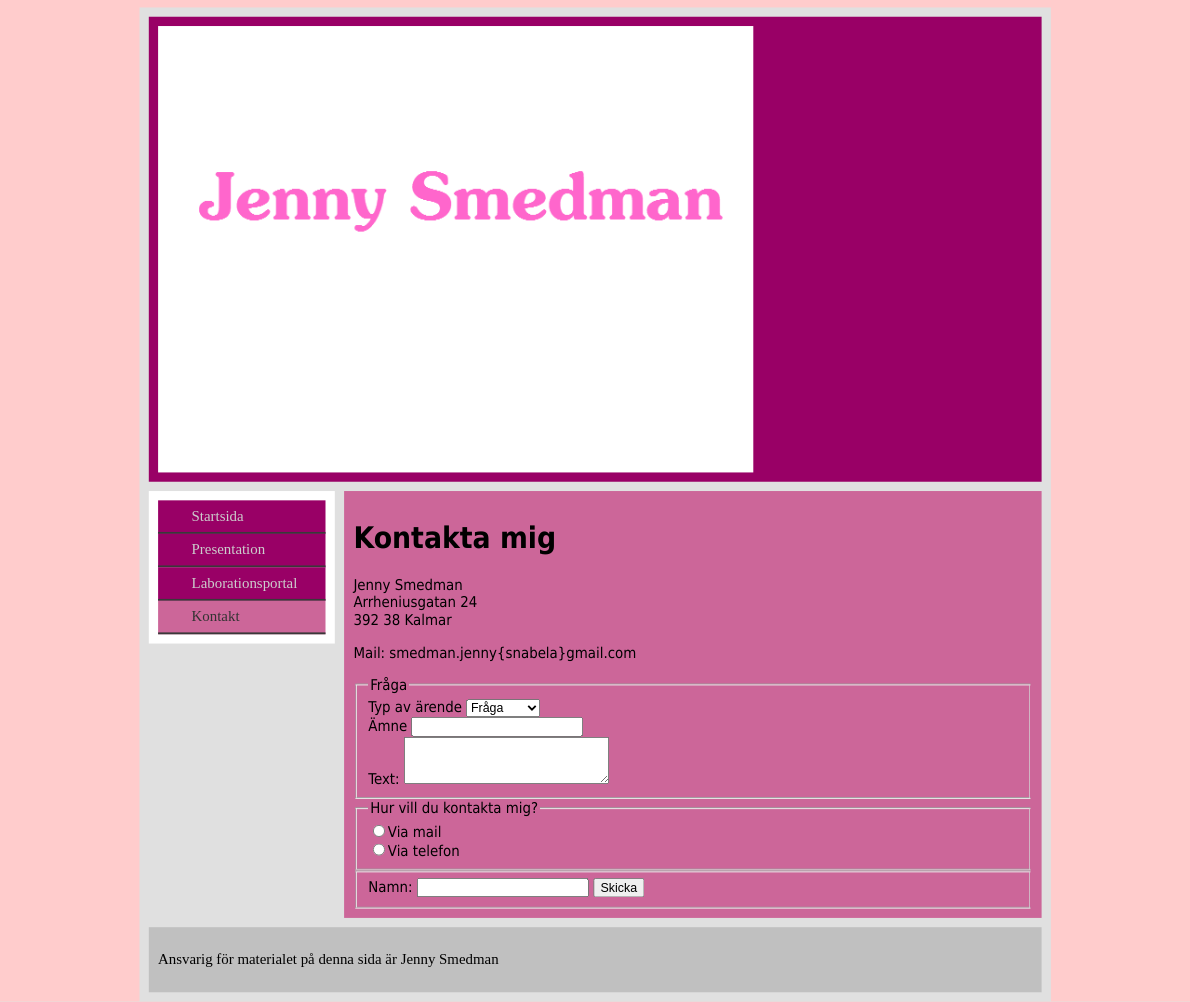
Repository: js223mx/1ik415-js223mx-laborationer
Page: pages/kontakt.html
The author's editor kept a record of every edit. The page is drawn from the files as they stood at one moment, then again after the next edit.
The browser window is 1280 px wide. The pictures show the whole page, at 93% of full size.

Above is the page before.

### pages/kontakt.html
<!doctype html>
<html lang="sv" >

    <head>

            <meta charset="utf-8" />
            <title>Kontakta mig</title>
            <link rel="stylesheet" type="text/css" href="../css/style.css">

    </head>
    <body>
    <div id="container">

            <div id="header">
            <img id="logga" src="../pics/logga.png" alt="Min logga" />
            </div>


            <div id="navigation">
             <ul>
                <li><a href="../index.html">Startsida</a></li>
                <li><a href="presentation.html">Presentation</a></li>
                <li><a href="laborationer.html">Laborationsportal</a></li>
                <li><a href="kontakt.html" class="active">Kontakt</a></li>

            </ul>
            </div>

             <div id="content">
             <h1>Kontakta mig</h1>
                <p>Jenny Smedman<br>
                    Arrheniusgatan 24<br>
                    392 38 Kalmar
                </p>

                <p>Mail: smedman.jenny{snabela}gmail.com</p>

                <form id="contact-form" action="http://voyager.lnu.se/tekinet/kurser/dtt/wp_webbintro/form.php" method="post">
                    <fieldset>
                        <legend>Fråga</legend>
                        Typ av ärende
                        <select>
                           <option value="Fråga">Fråga</option>
                           <option value="Komentar">Komentar</option>
                        </select><br>
                        <label for="Ämne">Ämne</label>
                        <input name="Ämne" id="Ämne" type="text"><br>
                        <label for="Text">Text:</label>
                        <textarea name="Text" id="Text" cols="25" rows="3"></textarea>
                    </fieldset>
                    <fieldset>
                        <legend>Hur vill du kontakta mig?</legend>
                        <input type="radio" name="Kontakttyp" value="Via mail">Via mail<br>
                        <input type="radio" name="Kontakttyp" value="Via telefon">Via telefon
                    </fieldset>
                       <fieldset>
                           Namn: <input type="text" name="Namn">
                          <input type="submit" value="Skicka">
                       </fieldset>
                </form>
                </div>

             <div id="footer">
             <p>Ansvarig för materialet på denna sida är Jenny Smedman</p>
             </div>
     </div>
    </body>


</html>

### css/style.css
html {
    height: 100%;
}
body {
    background-color: #FFCCCC;
    min-height: 100% !important;
    height: 100;
}
#container {
    width: 960px;
    margin-left: auto;
    margin-right: auto;
}
#navigation {
    width: 180px;
    float: left;
    background-color: #FFFFFF;
    height: 100%;
    margin-right: 10px;
}
#content {
    overflow: scroll;
    background-color: #CC6699;
    height: 100%;
    font-family: "Tahoma", Geneva, sans-serif;
}
#header {
    background-color: #990066;
    width: 940px;
    height: 480px;
    margin-bottom: 10px;
}
#footer {
    background-color: #C0C0C0;
    margin-top: 10px;
}
/* body backgroundcolor: #FFCCCC
    navigation backgroundcolor: #FFFFFF
    content backgroundcolor: #CC6699
    header backgroundcolor: #990066
    footer backgroundcolor: #C0C0C0 */

div {
    padding: 10px;
    background-color: #E0E0E0;
}
ul {
    list-style-type:none;
    padding-left: 0;
    margin: 0;
}

h1 {
    font-size: 200%;
}
h2 {
    font-size: 150%;

}
h3:before {
    font-size: 125%;
}
p {
    font-size: 100%;

}
.h3{
    border-bottom: 2px solid #000000;
    background-color:transparent;
}
.h3:before{
    background: url("text.png") no-repeat;
    width: 46px;
    height: 44px;
    content:"";
    float: left;
    display: block;
    margin: 5px 5px 5px 0;
}
.welcome {
    font-size: 250%;
    font-family: "Tahoma", Geneva, sans-serif;
    font-weight: bold;
}
#signed {
    font-style: oblique;
    font-weight: bold;
    font-size: 80%;
}
#video
{
    margin-bottom:0px;
}
#blogg {
    margin-bottom:0px;
}
#content a {
    text-decoration: none;
    color: #FFFFFF;
}
#content a:hover {
    text-decoration: underline;
}
/*navigation---------------------------------------------------------*/

#navigation a:hover
{
    background: #CC6699;
	color: #fff;
}
#navigation a {
    background: #990066;
	border-bottom: 2px solid #393939;
	color: #ccc;
	display: block;
	margin: 0px;
	padding: 8px 12px;
	text-decoration: none;
	text-indent: 24px;
}
#navigation .active {
    background-color: #CC6699;
	color: #333;
}
/*table---------------------------------------------------------*/
#table, td, th{
    border:3px solid black;
    background-color:white;
    padding: 15px;
}
.list-title
{
    font-weight:bold;
}
/*images---------------------------------------------------------*/
#daisy {
    float: right;
    padding:1px;
    border:3px solid #990066;
    background-color:#990066;
}
.loggodiv {
    background: url("min-logga.png") no-repeat;
    height: 120px;
}

After the next edit:
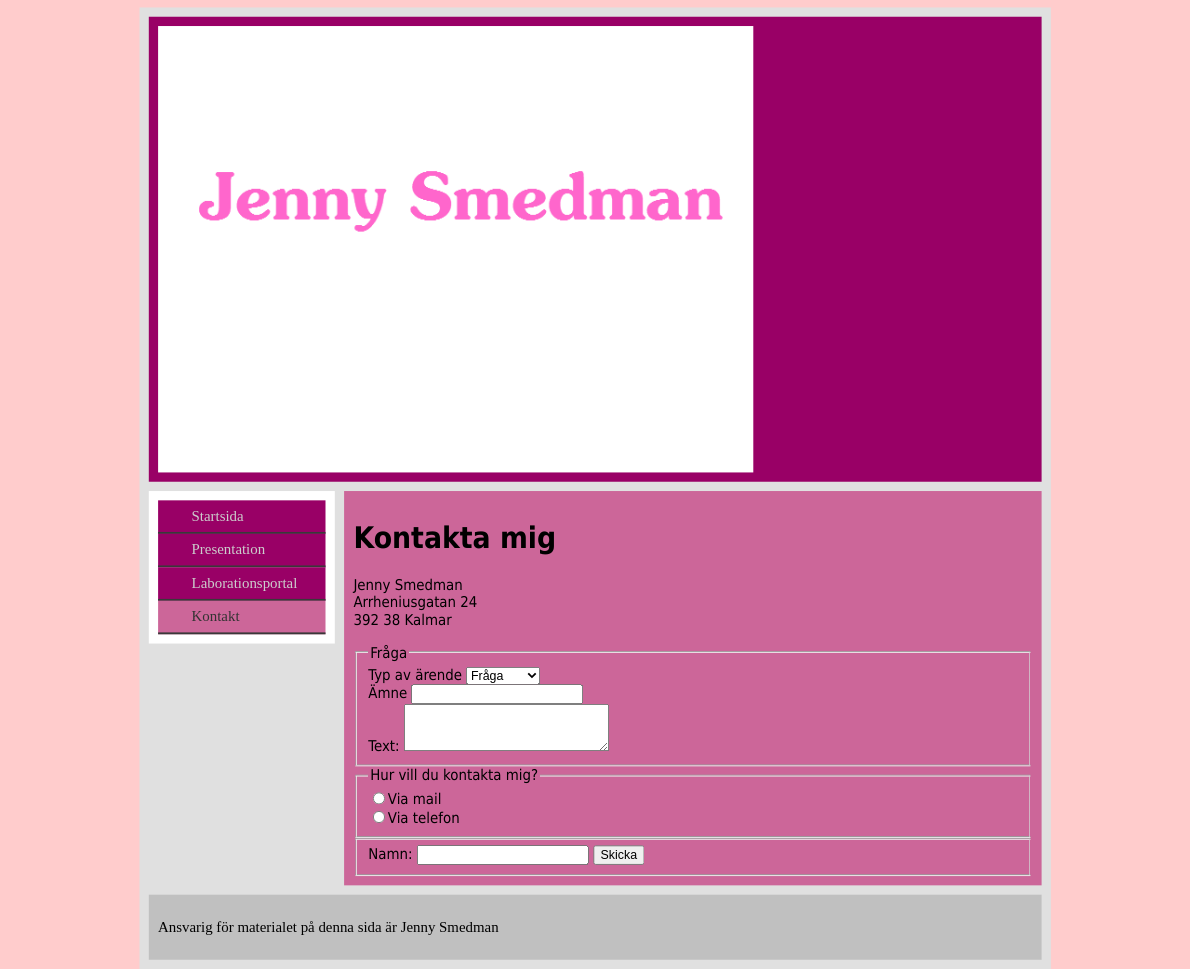
The edit:
--- a/pages/kontakt.html
+++ b/pages/kontakt.html
@@ -33,8 +33,6 @@
                     392 38 Kalmar
                 </p>
 
-                <p>Mail: smedman.jenny{snabela}gmail.com</p>
-
                 <form id="contact-form" action="http://voyager.lnu.se/tekinet/kurser/dtt/wp_webbintro/form.php" method="post">
                     <fieldset>
                         <legend>Fråga</legend>
